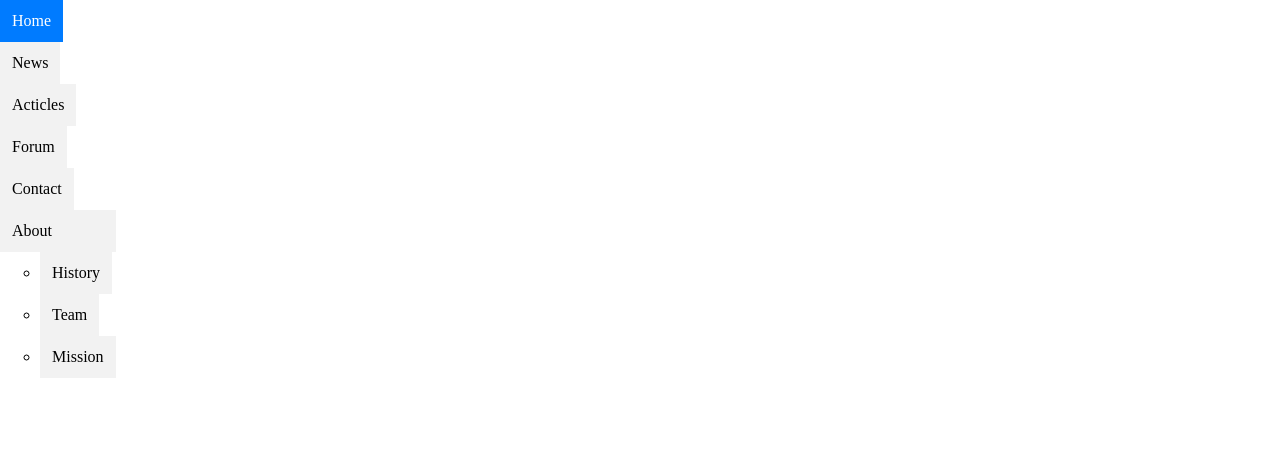
Repository: G1tHub-zer0/BTTH
Page: BTCSS/bai16+20.html
These files come from the project's save history. The page is drawn as it stood at one moment and after the next save; the edit follows.
The browser window is 1280 px wide. The pictures show the whole page.

Above is the page before, as saved 2024-03-22 19:43:22.

### BTCSS/bai16+20.html
<!DOCTYPE html>
<html lang='en'>

<head>
    <meta charset='UTF-8'>
    <meta http-equiv='X-UA-Compatible' content='IE=edge'>
    <meta name='viewport' content='width=device-width, initial-scale=1.0'>
    <link rel='stylesheet' href='bai16+20.css'>
    <title></title>
</head>

<body>
    <ul class="menu">
        <li><a href="#">Home</a></li>
        <li><a href="#">News</a></li>
        <li><a href="#">Acticles</a></li>
        <li><a href="#">Forum</a></li>
        <li><a href="#">Contact</a></li>
        <li>
            <a href="#">About</a>
            <ul class="submenu">
                <li><a href="#">History</a></li>
                <li><a href="#">Team</a></li>
                <li><a href="#">Mission</a></li>
            </ul>
        </li>
    </ul>
</body>

</html>

### BTCSS/bai16+20.css
body {
  margin: 0;
  padding: 0;
  box-sizing: border-box;
}
.menu {
  width: 100px;
  list-style-type: none;
  margin: 0;
  padding: 0;
  background-color: blue;
}
.menu li {
  float: left;
}

.menu a {
  background-color: #f2f2f2;
  color: black;
  display: block;
  padding: 12px;
  text-decoration: none;
}
.menu a:hover {
  background-color: #007bff;
  color: white;
}

After the next save:
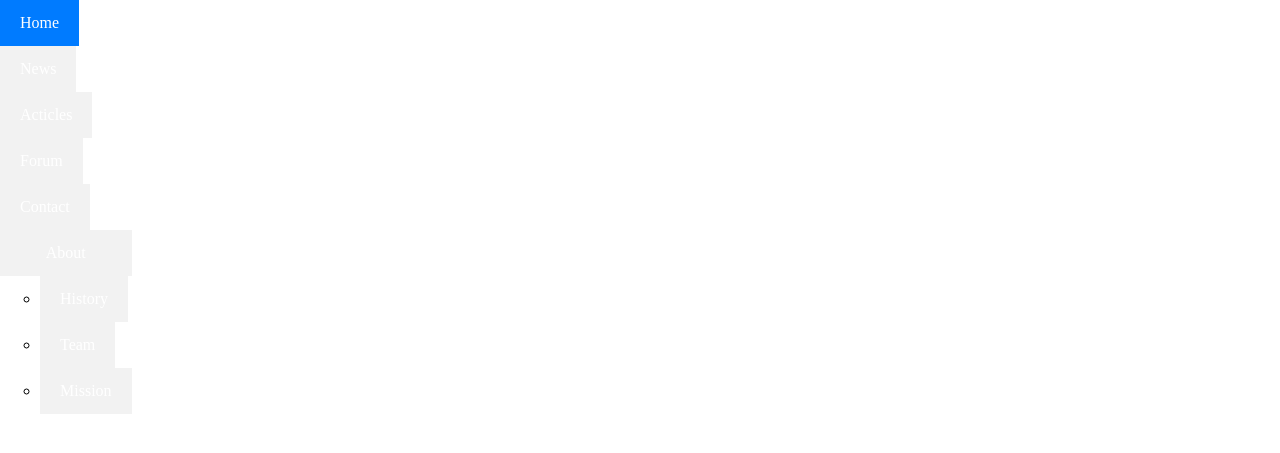
Saved 18 s later.
--- a/BTCSS/bai16+20.css
+++ b/BTCSS/bai16+20.css
@@ -13,7 +13,13 @@ body {
 .menu li {
   float: left;
 }
-
+.menu li a {
+  display: block;
+  color: white;
+  text-align: center;
+  padding: 14px 20px;
+  text-decoration: none;
+}
 .menu a {
   background-color: #f2f2f2;
   color: black;
